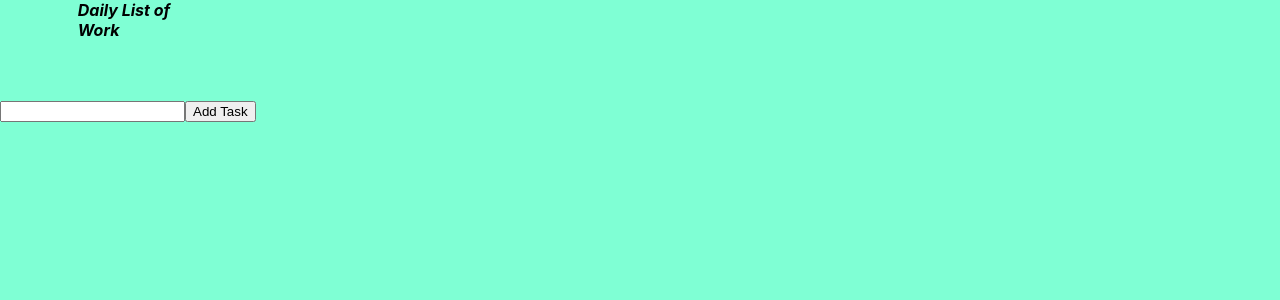
Repository: iamjayenmthakuri/todolist
Page: /
An editor plug-in stored every save of this project. The page is shown before and after the next save, followed by the edit.
The browser window is 1280 px wide. The pictures show the whole page.
The project was rebuilt for these pictures with package versions that can differ from the ones it lists, and the page was loaded fresh each time.

Above is the page before, as saved 2022-09-19 10:21:23.

After the next save:
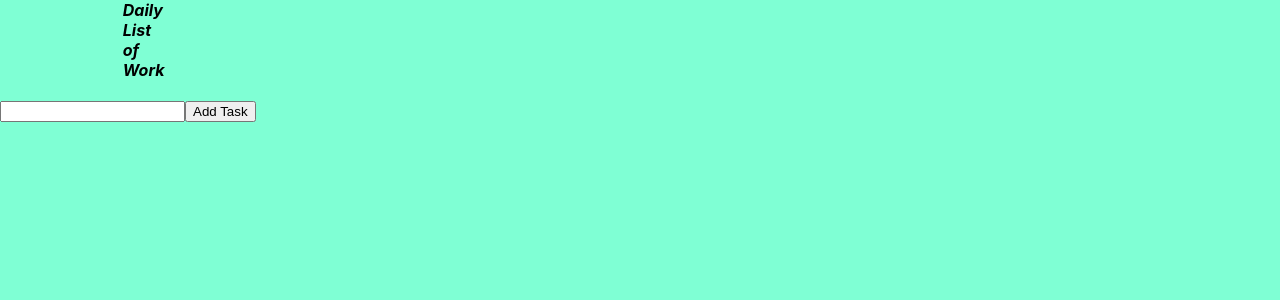
Saved 7 s later.
--- a/src/App.css
+++ b/src/App.css
@@ -6,7 +6,7 @@ body{
 }
 .title{
   height: 100px;
-  width: 100px;
+  width: 10px;
   font-size: medium;
   font-weight: bold;
   font-style: italic;
